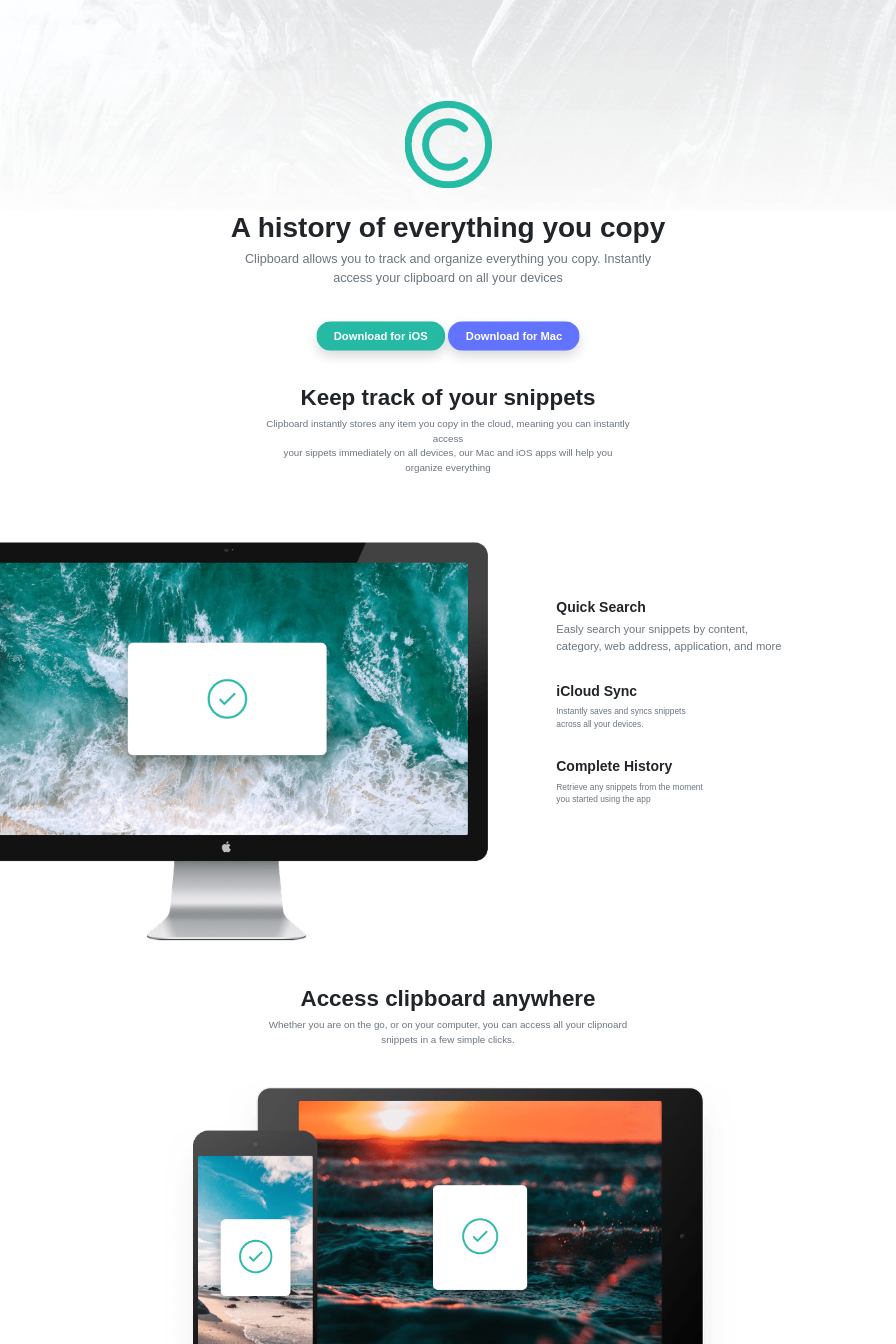
Repository: Kenkeluke/Clipboard-landing-page
Page: index.html
An editor plug-in stored every save of this project. The page is shown before and after a run of saves, followed by the edit.
The browser window is 1280 px wide. The pictures show the part of the page from y = 0 to 1920 px (the page is 3015 px tall), at 70% of full size.
Some web fonts or font styles are not loaded; a fallback is used.

Above is the page before, as saved 2022-09-03 23:25:27.

### index.html
<!DOCTYPE html>

<html>
  <head>
    <meta charset="utf-8">
    <meta http-equiv="X-UA-Compatible" content="IE=edge">
    <title> Clipboard landing page</title>
    <meta name="description" content="">
    <meta name="viewport" content="width=device-width, initial-scale=1">
    <link href="https://cdn.jsdelivr.net/npm/bootstrap@5.0.2/dist/css/bootstrap.min.css" rel="stylesheet" integrity="sha384-EVSTQN3/azprG1Anm3QDgpJLIm9Nao0Yz1ztcQTwFspd3yD65VohhpuuCOmLASjC" crossorigin="anonymous">
    <link rel="stylesheet" href="styles.css">
  </head>
  <body>

<section id="hero" class="container-fluid d-flex justify-content-center align-items-center pt-5 ">
  <figure class=" pt-5 pb-3 mt-5 mb-3">
    <img src="./images/logo.svg" alt="" class="img-fluid" >
  </figure>
</section>

<section  id="second" class="d-flex flex-column justify-content-center align-items-center mb-5">
  <h1 class="fw-bolder col-md-6 text-center"> A history of everything you copy </h1>

  <p class="text-muted col-md-6 text-center mb-5 paragraph">
    Clipboard allows you to track and organize everything you copy. Instantly<br> access your clipboard on all your devices
  </p>

  <div class="button-group">
    <button type="button" class="btn rounded-pill shadow cyan text-white py-2 px-4 fw-bolder">Download for iOS</button>
    <button type="button" class="btn rounded-pill shadow blue text-white py-2 px-4 fw-bolder fs-6">Download for Mac</button>
  </div>
</section>

<section id="third" class="d-flex flex-column justify-content-center align-items-center my-5">
  <h2 class="fw-bolder col-md-6 text-center"> Keep track of your snippets </h2>

  <p class="text-muted col-md-5 text-center mb-5 small-paragraph">
    Clipboard instantly stores any item you copy in the cloud, meaning you can instantly access<br>
  your sippets immediately on all devices, our Mac and iOS apps will help you <br> organize everything  </p>

</section>


<section id="fourth" class="d-flex flex-md-row flex-column my-5">

  <figure class="col-md-7">
    <img src="./images/image-computer.png" alt="mac monitor" srcset=""
    class="img-fluid image-cut">
  </figure>

  <article class="col-md-5 col d-flex flex-column justify-content-md-start justify-content-center mt-5 ps-md-5 pt-3">
    <div class="first-article justify-content-md-start text-md-start text-center pt-3">
      <h5 class="fw-bolder"> Quick Search</h5>

      <p class="text-muted ">
       Easly search your snippets by content, <br>

      category, web address, application, and more </p>
    </div>

    <div class="first-article justify-content-md-start text-start pt-4">
      <h5 class="fw-bolder"> iCloud Sync</h5>

      <p class="text-muted tiny-paragraph">
       Instantly saves and syncs snippets<br>

      across all your devices. </p>
    </div>

    <div class="first-article justify-content-md-start text-start pt-4">
      <h5 class="fw-bolder"> Complete History</h5>

      <p class="text-muted tiny-paragraph">
       Retrieve any snippets from the moment <br>

      you started using the app</p>
    </div>

  </article>

</section>

<section id="fifth" class="d-flex flex-column justify-content-center align-items-center my-5">
  <h2 class="fw-bolder col text-center"> Access clipboard anywhere </h2>

  <p class="text-muted col text-center mb-5 small-paragraph">
    Whether you are on the go, or on your computer, you can access all your clipnoard<br>
  snippets in a few simple clicks.</p>


  <figure class="col ms-5 ps-5">
    <img src="./images/image-devices.png" alt="tablet and mobile device" srcset=""
    class="img-fluid" width="90%">
  </figure>



  <h2 class="fw-bolder col text-center"> Supercharge your workflow</h2>

  <p class="text-muted col text-center mb-5 small-paragraph">
    We've got the tools to boost your productively </p>

</section>



 <section id="features" class="d-flex flex-column flex-md-row justify-content-center mb-5 ">
  <div class="d-flex flex-column col-md-3 justify-content-center ">
    <figure class="text-center">
      <img src="./images/icon-blacklist.svg" alt="Grey scroll" srcset=""
      class="img-fluid text-center" width="10%">
    </figure>

    <h6 class="fw-bolder text-center"> Create blacklists</h6>

    <p class="text-muted  text-center mb-5 small-paragraph">
      Ensure sensitive information never makes its <br>
      way to your clipboard by excluding certain <br>
     </p>
</div>


  <div class="d-flex flex-column col-md-3 justify-content-center ">
    <figure class="text-center">
      <img src="./images/icon-text.svg" alt="texts" srcset=""
      class="img-fluid text-center" width="10%">
    </figure>

    <h6 class="fw-bolder text-center">Plain text snippets</h6>

    <p class="text-muted  text-center mb-5 small-paragraph">
      remove unwanted formatting from copied texts<br>
      for a consistent look.
     </p>
</div>

<div class="d-flex flex-column col-md-3 justify-content-center ">
  <figure class="text-center">
    <img src="./images/icon-preview.svg" alt="eyes preview" srcset=""
    class="img-fluid text-center" width="10%">
  </figure>

  <h6 class="fw-bolder text-center">Sneak preview</h6>

  <p class="text-muted  text-center mb-5 small-paragraph">
    Quick preview of all snippets on your clipboard<br>
    for easy access
   </p>

</div>

 </section>


<section id="Reviews" class="container d-flex flex-column flex-md-row justify-content-center mb-5 pb-5 ">
  <figure class="text-center col-md-2 text-center">
    <img src="./images/logo-google.png" alt="Google logo" srcset=""
    class="img-fluid text-center" width="50%">
  </figure>

  <figure class="text-center col-md-2 text-center mt-md-0 mt-5 ">
    <img src="./images/logo-IBM.png" alt="IBM logo" srcset=""
    class="img-fluid text-center" width="50%">
  </figure>


  <figure class="text-center col-md-2 text-center mt-md-0 mt-5">
    <img src="./images/logo-microsoft.png" alt="microsoft logo" srcset=""
    class="img-fluid text-center" width="50%">
  </figure>

  <figure class="text-center col-md-2 text-center mt-md-0 mt-5">
    <img src="./images/logo-hp.png" alt="HP logo" srcset=""
    class="img-fluid text-center" width="50%">
  </figure>

  <figure class="text-center col-md-2 mt-md-0 mt-5">
    <img src="./images/logo-vector-graphics.png" alt="Vector-graphics logo" srcset=""
    class="img-fluid text-bottom" width="50%">
  </figure>


</section>


<section  id="CTA" class="container d-flex flex-column justify-content-center align-items-center my-5 pb-5 px-5">
  <h3 class="fw-bolder col-md-6 text-center">Clipboard for iOS and Mac OS </h3>

  <p class="text-muted col-md-6 text-center mb-4 small-paragraph">
    Available for free on the App Store. Download for Mac or iOS, sync with iCloud<br> and
    you are ready to start adding to your clipboard.
  </p>

  <div class="button-group d-flex flex-md-row flex-column justify-content-around">
    <button type="button" class="btn rounded-pill shadow cyan text-white py-2 px-4 fw-bolder">Download for iOS</button>
    <button type="button" class="btn rounded-pill shadow blue text-white py-2 px-4 fw-bolder fs-6 ms-md-3 mt-3 mt-md-1">Download for Mac</button>
  </div>
</section>

<footer id="footer" class=" d-flex flex-md-row flex-column align-items-center pt-5 pb-4 justify-content-center">
<figure class="d-flex justify-content-end col-md-1 col-3">
  <img src="./images/logo.svg" alt="clipboard-logo" srcset=""  class="w-75 ps-2 ps-md-1">
</figure>

<section class="middle-class d-flex flex-md-row flex-column justify-content-center  justify-content-md-start col-md-6 pt-2">
  <ul class="one d-flex flex-column  text-center text-md-start">
    <a href="#" class="none small-paragraph text-muted" aria-current="true">
     FAQs
    </a>
    <a href="#" class="none small-paragraph text-muted pt-3">Contact Us</a>

  </ul>
  <ul class="two d-flex flex-column ms-md-5 text-center text-md-start">
    <a href="#" class="none small-paragraph text-muted">Privacy policy</a>
    <a href="#" class="none small-paragraph text-muted pt-3">Press kit</a>
  </ul>

  <ul class="three d-flex flex-column ms-md-5 text-center text-md-start">
    <a href="#" class="none small-paragraph text-muted">Install guide</a>
    </ul>
 </section>

 <div class="social d-flex justify-content-between justify-content-md-center col-4">
  <a href="#" class="ms-4">
    <img src="./images/icon-facebook.svg" alt="facebook-logo" srcset="" class="img-fluid" >
  </a>

  <a href="#" class="ms-4">
    <img src="./images/icon-twitter.svg" alt="twitter-logo" srcset="" class="img-fluid" >
</a>

  <a href="#" class="ms-4">
    <img src="./images/icon-instagram.svg" alt="instagram-logo" srcset="" class="img-fluid">
  </a>
 </div>
</footer>


  <script src="https://cdn.jsdelivr.net/npm/@popperjs/core@2.9.2/dist/umd/popper.min.js" integrity="sha384-IQsoLXl5PILFhosVNubq5LC7Qb9DXgDA9i+tQ8Zj3iwWAwPtgFTxbJ8NT4GN1R8p" crossorigin="anonymous"></script>
  <script src="https://cdn.jsdelivr.net/npm/bootstrap@5.0.2/dist/js/bootstrap.min.js" integrity="sha384-cVKIPhGWiC2Al4u+LWgxfKTRIcfu0JTxR+EQDz/bgldoEyl4H0zUF0QKbrJ0EcQF" crossorigin="anonymous"></script>
  </body>
</html>

### styles.css
@import url('https://fonts.googleapis.com/css2?family=Bai+Jamjuree:ital,wght@0,200;0,300;0,400;0,500;0,600;1,300&display=swap');

body{
    font-family: 'Bai Jamjuree', sans-serif;
    background-color:  hsl(0, 0%, 100%);
    ;
}

#hero{
    background-image: url(./images/bg-header-desktop.png);
}

.paragraph{
    font-size: 18px;
}

.cyan{
background-color: hsl(171, 66%, 44%);
}

.blue{
    background-color: hsl(233, 100%, 69%);
}


.small-paragraph{
    font-size: 14px;
}
.tiny-paragraph{
    font-size: 12px;
}

.image-cut{
    margin-left: -50px
}

footer{
    background-color: hsla(210, 15%, 92%, 0.574);
}

.none{
    list-style: none;
    text-decoration: none;
}

After the next 2 saves:
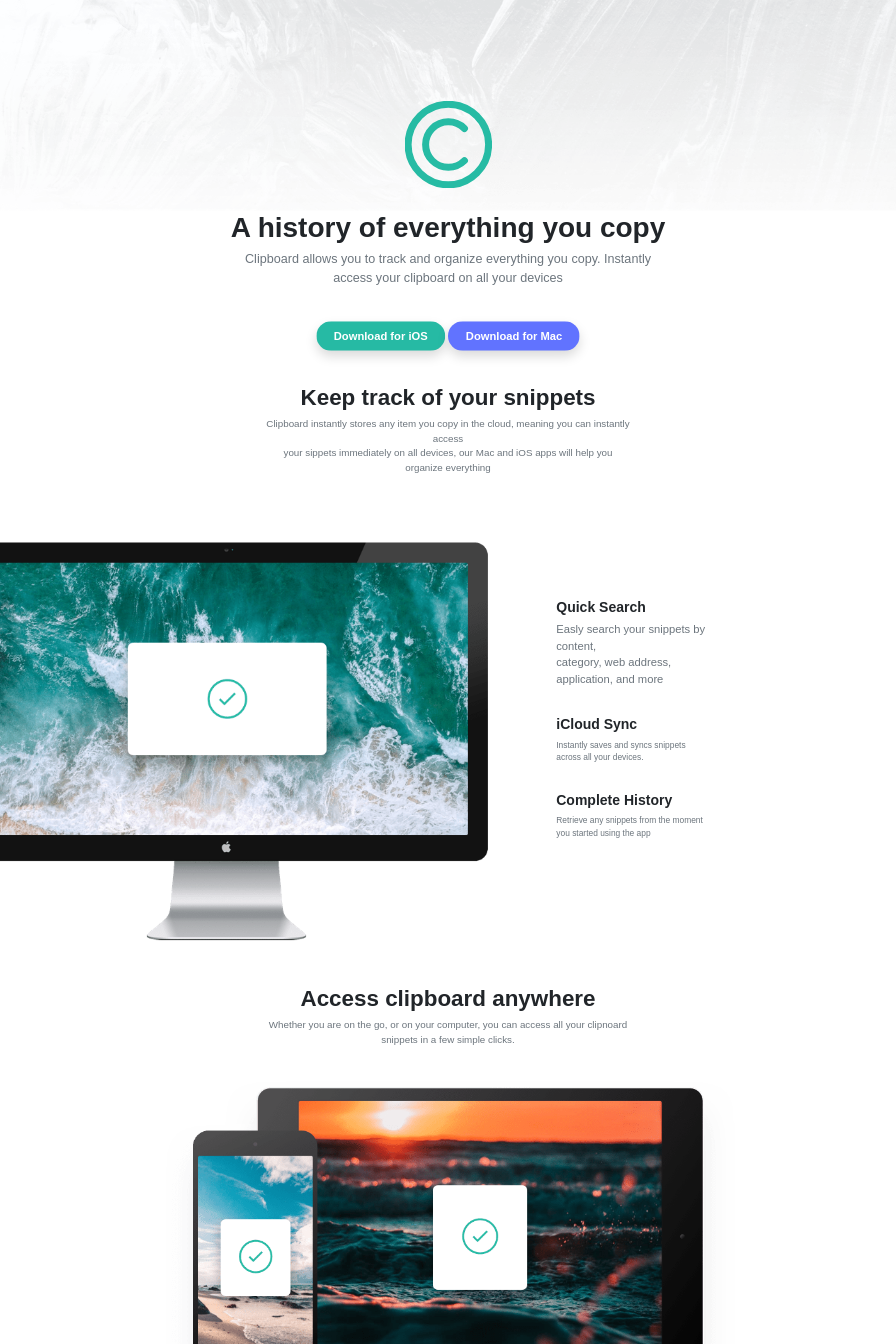
The 2 saves are shown as one change because they came seconds apart.
The last was saved 6 s later.
--- a/index.html
+++ b/index.html
@@ -52,7 +52,7 @@
     <div class="first-article justify-content-md-start text-md-start text-center pt-3">
       <h5 class="fw-bolder"> Quick Search</h5>
 
-      <p class="text-muted ">
+      <p class="text-muted w-50">
        Easly search your snippets by content, <br>
 
       category, web address, application, and more </p>

After the 2 saves that followed:
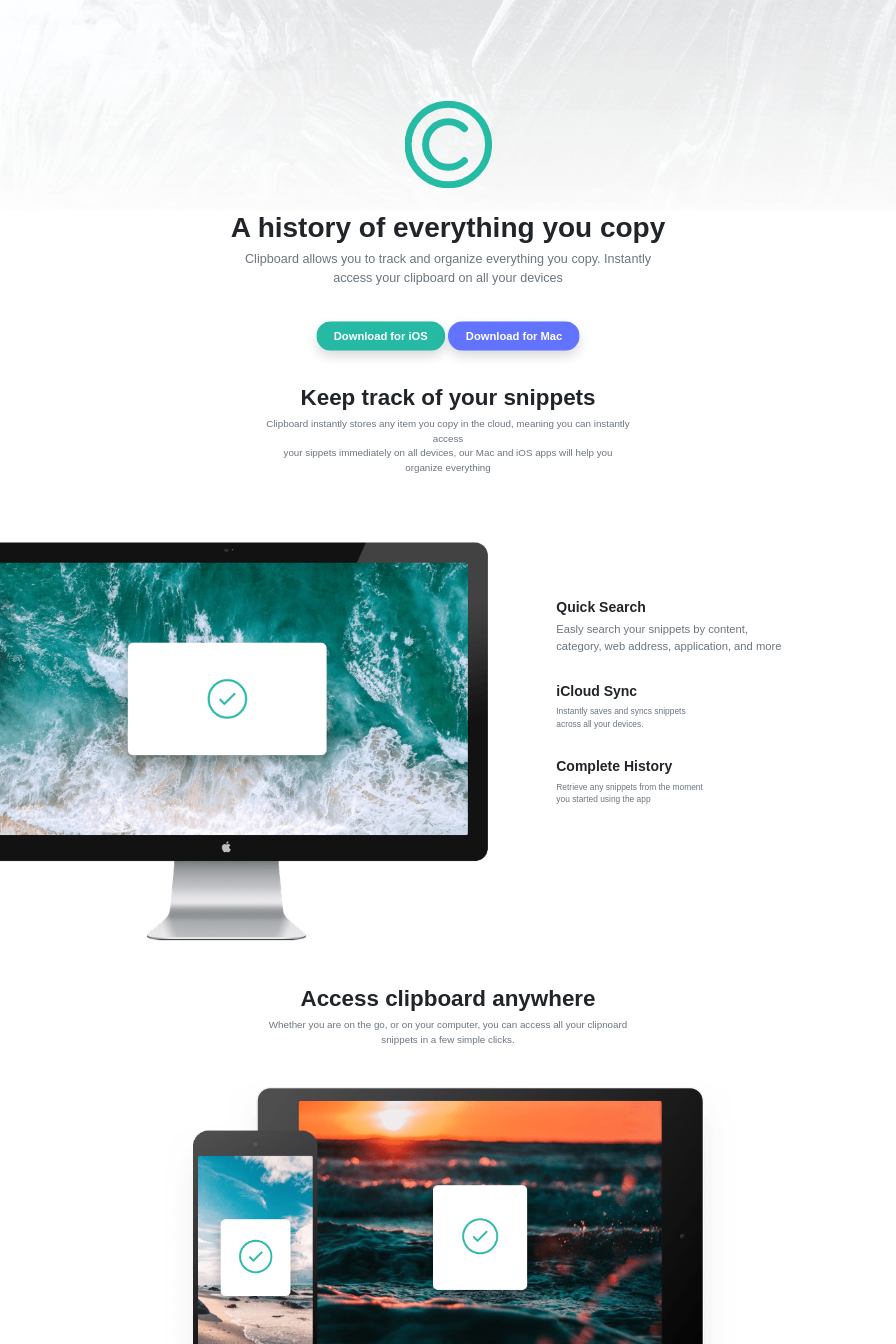
The 2 saves are shown as one change because they came seconds apart.
The last was saved 15 s later.
--- a/index.html
+++ b/index.html
@@ -52,7 +52,7 @@
     <div class="first-article justify-content-md-start text-md-start text-center pt-3">
       <h5 class="fw-bolder"> Quick Search</h5>
 
-      <p class="text-muted w-50">
+      <p class="text-muted w-75">
        Easly search your snippets by content, <br>
 
       category, web address, application, and more </p>
